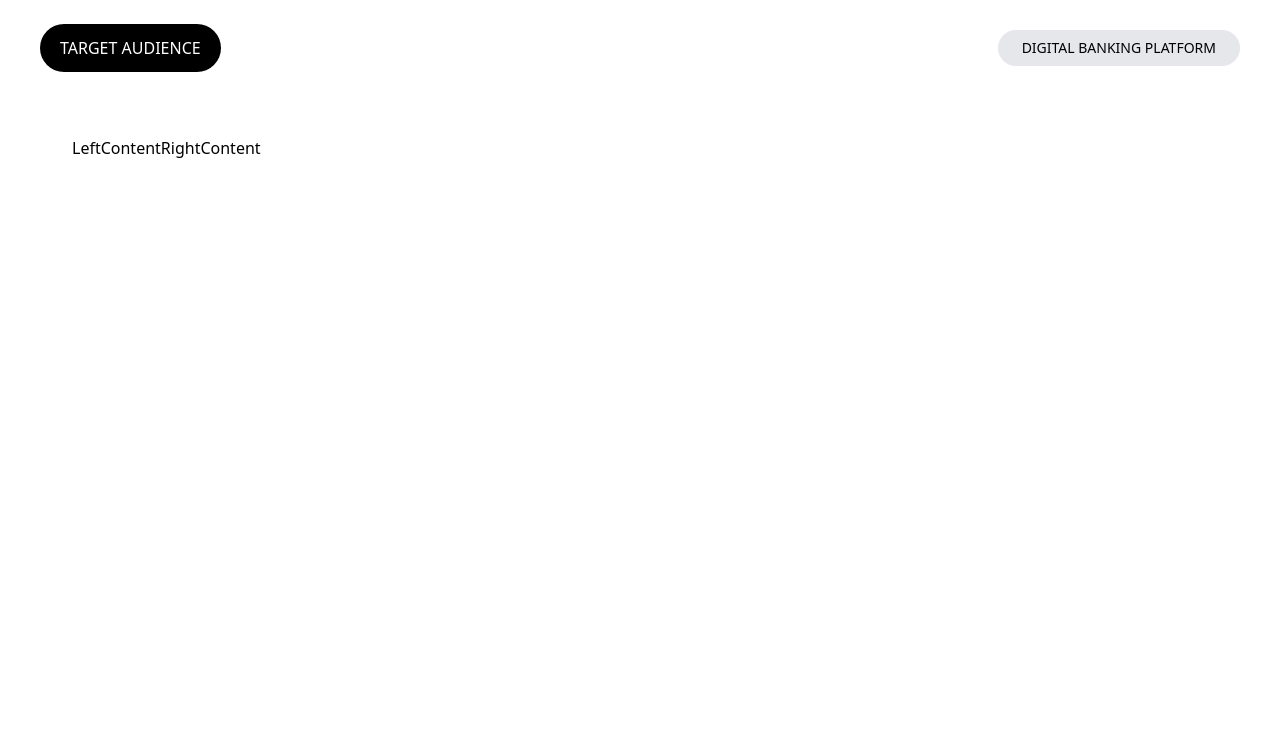
Repository: Mohitkumar1322/ReactTut
Page: / (app in projectSher1/)
An editor plug-in stored every save of this project. The page is shown before and after a run of saves, followed by the edit.
The browser window is 1280 px wide. The pictures show the whole page.
The project was rebuilt for these pictures with package versions that can differ from the ones it lists, and the page was loaded fresh each time. Also part of the build but not shown: projectSher1/vite.config.js.

Above is the page before, as saved 2025-11-16 13:55:02.

### projectSher1/src/App.jsx
import React from 'react'
import Section1 from './components/Section1/Section1'
import Section2 from './components/Section2/Section2'

export default function App() {
  return (
    <div>
      <Section1 />
      <Section2 />
    </div>
  )
}

### projectSher1/src/components/Section1/Section1.jsx
import React from 'react'
import Navbar from './Navbar'
import Page1Content from './Page1Content'

const Section1 = () => {
  return (
    <div>
      <Navbar />
      <Page1Content />
    </div>
  )
}

export default Section1

### projectSher1/src/components/Section2/Section2.jsx
import React from 'react'

const Section2 = () => {
  return (
    <div >


    </div>
  )
}

export default Section2

### projectSher1/src/components/Section1/Navbar.jsx
import React from 'react'

const Navbar = () => {
  return (
    <div className='flex justify-between items-center py-6 px-10 '>
        <h4 className='bg-black text-white px-5 py-3 uppercase rounded-full '>Target Audience</h4>
        <button className='bg-gray-200 px-6 py-2 uppercase rounded-full text-sm'> Digital Banking Platform</button>

    </div>
  )
}

export default Navbar

### projectSher1/src/components/Section1/Page1Content.jsx
import React from 'react'
import LeftContent from './LeftContent'
import RightContent from './RightContent'

const Page1Content = () => {
  return (
    <div className='py-10 flex justify-betweeen px-18 h-[90vh] '>

      <LeftContent />
      <RightContent />

    </div>
  )
}

export default Page1Content

### projectSher1/src/components/Section1/LeftContent.jsx
import React from 'react'

const LeftContent = () => {
  return (
    <div>
      LeftContent
    </div>
  )
}

export default LeftContent

### projectSher1/src/components/Section1/RightContent.jsx
import React from 'react'

const RightContent = () => {
  return (
    <div>
      RightContent
    </div>
  )
}

export default RightContent

Loaded but not shown: projectSher1/index.html (common file); projectSher1/src/main.jsx (common file); projectSher1/src/index.css (common file)

After the next 4 saves:
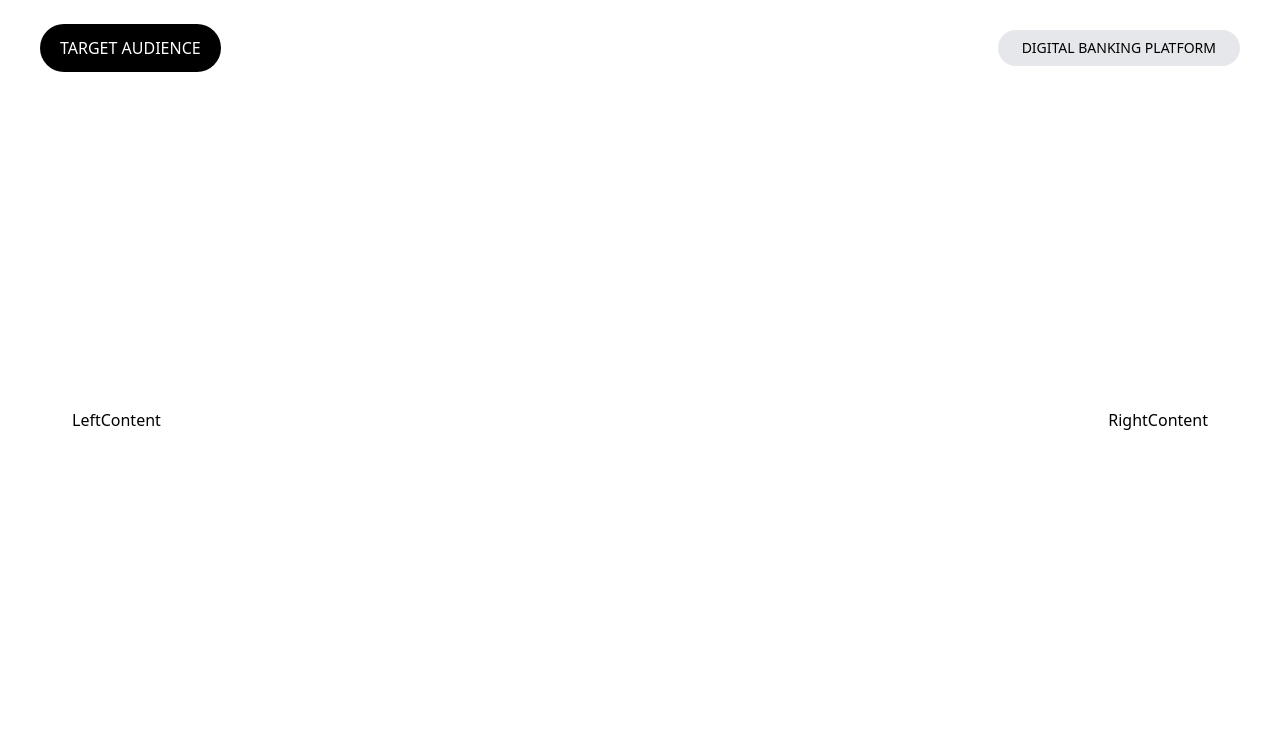
The 4 saves are shown as one change because they came seconds apart.
The last was saved 12 s later.
--- a/projectSher1/src/components/Section1/Page1Content.jsx
+++ b/projectSher1/src/components/Section1/Page1Content.jsx
@@ -4,7 +4,7 @@ import RightContent from './RightContent'
 
 const Page1Content = () => {
   return (
-    <div className='py-10 flex justify-betweeen px-18 h-[90vh] '>
+    <div className='py-10 flex items-center justify-between px-18 h-[90vh] '>
 
       <LeftContent />
       <RightContent />
